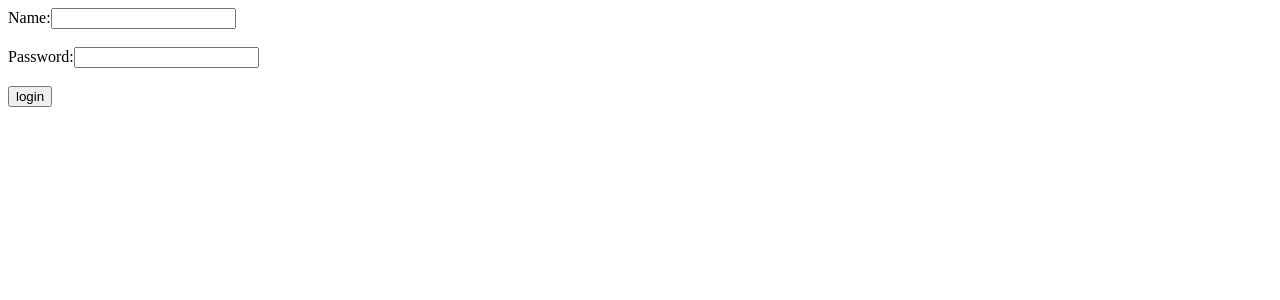
Repository: likhitha99/SpringFramework
Page: http://localhost/Assignment1/
An editor plug-in stored every save of this project. The page is shown before and after the next save, followed by the edit.
The browser window is 1280 px wide. The pictures show the whole page.
The page is served by Tomcat 9. Other server files are loaded and not shown.

Above is the page before, as saved 2020-11-10 12:06:46.

### Spring MVC/Assignment1/WebContent/index.jsp
<form action="login" method="get">
Name:<input type="text" name="name"/><br/><br/>
Password:<input type="password" name="password"/><br/><br/>
<input type="submit" value="login"/>
</form>

After the next save:
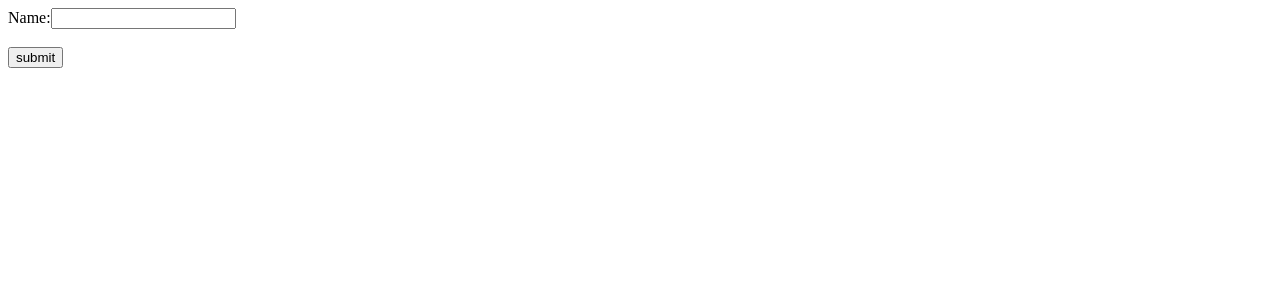
Saved 26 min 43 s later.
--- a/Spring MVC/Assignment1/WebContent/index.jsp
+++ b/Spring MVC/Assignment1/WebContent/index.jsp
@@ -1,5 +1,4 @@
 <form action="login" method="get">
 Name:<input type="text" name="name"/><br/><br/>
-Password:<input type="password" name="password"/><br/><br/>
-<input type="submit" value="login"/>
+<input type="submit" value="submit"/>
 </form>
